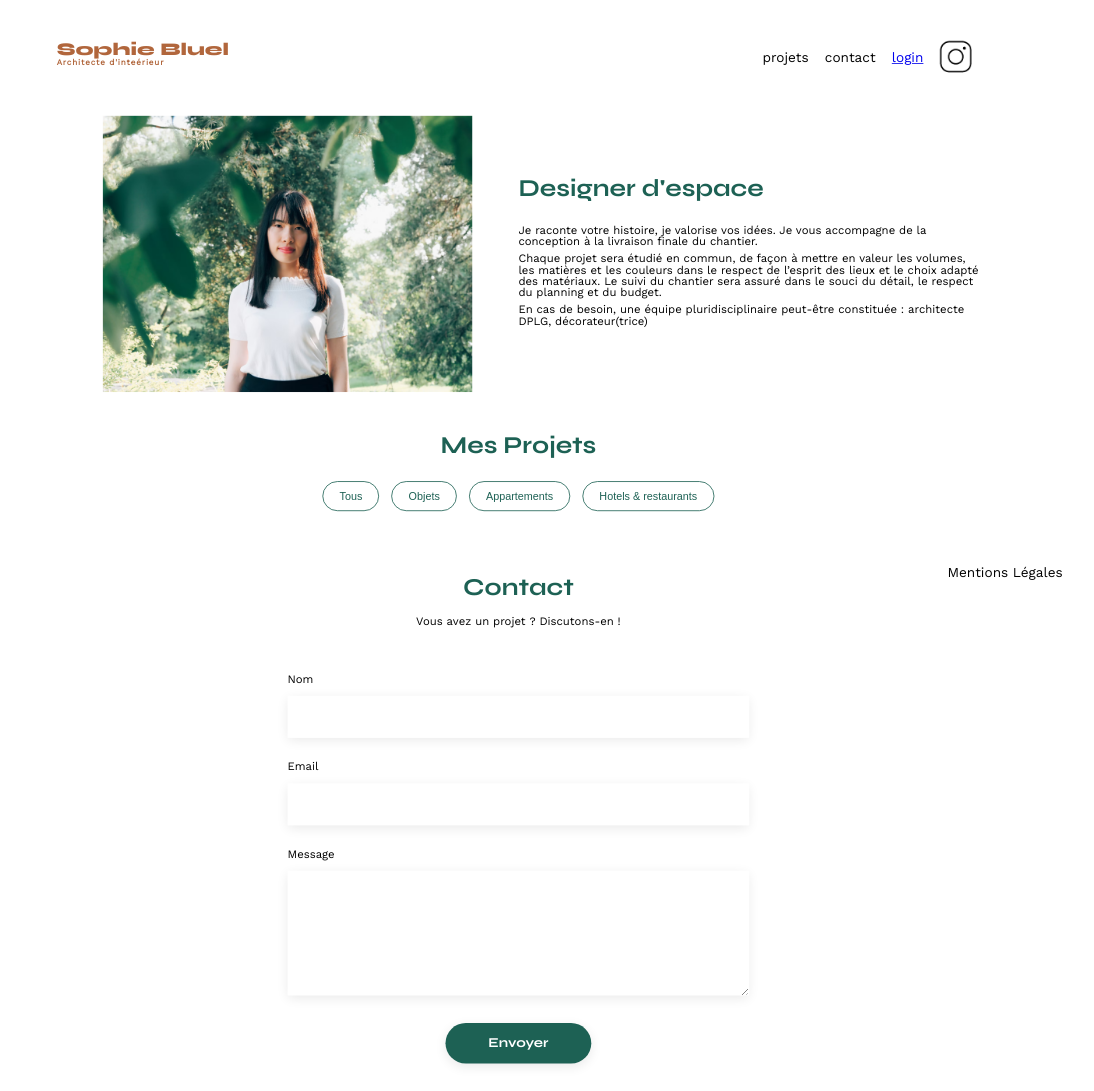
Repository: ByteVoyageur/OC-P6
Page: FrontEnd/index.html
The author's editor kept a copy of each file at every save. The page is drawn from the files as they stood at one save, then again after the next save.
The browser window is 1280 px wide. The page is 1350 px wide, so the pictures cover 1350 px, including what lies to the right of the window. The pictures show the whole page, at 81% of full size.
The page's requests for data from a server got no answer.

Above is the page before, as saved 2023-10-18 12:27:02.
Console error: TypeError: Cannot read properties of null (reading 'addEventListener')

### FrontEnd/index.html
<!DOCTYPE html>
<html lang="fr">

<head>
	<meta charset="UTF-8">
	<title>Sophie Bluel - Architecte d'intérieur</title>
	<meta name="viewport" content="width=device-width, initial-scale=1.0">
	<link rel="preconnect" href="https://fonts.googleapis.com">
	<link rel="preconnect" href="https://fonts.gstatic.com" crossorigin>
	<link href="https://fonts.googleapis.com/css2?family=Syne:wght@700;800&family=Work+Sans&display=swap"
		rel="stylesheet">
	<meta name="description" content="">
	<link rel="stylesheet" href="./assets/style.css">
	<script src="./assets/js/gallery.js" defer></script>
	<script src="./assets/js/login.js" defer></script>
</head>

<body>
	<header>
		<h1>Sophie Bluel <span>Architecte d'inteérieur</span></h1>
		<nav>
			<ul>
				<li>projets</li>
				<li>contact</li>
				<li><a href="./assets/pages/login.html">login</a></li>

				<li><img src="./assets/icons/instagram.png" alt="Instagram"></li>
			</ul>
		</nav>
	</header>
	<main>
		<section id="introduction">
			<figure>
				<img src="./assets/images/sophie-bluel.png" alt="">
			</figure>
			<article>
				<h2>Designer d'espace</h2>
				<p>Je raconte votre histoire, je valorise vos idées. Je vous accompagne de la conception à la livraison
					finale du chantier.</p>
				<p>Chaque projet sera étudié en commun, de façon à mettre en valeur les volumes, les matières et les
					couleurs dans le respect de l’esprit des lieux et le choix adapté des matériaux. Le suivi du
					chantier sera assuré dans le souci du détail, le respect du planning et du budget.</p>
				<p>En cas de besoin, une équipe pluridisciplinaire peut-être constituée : architecte DPLG,
					décorateur(trice)</p>
			</article>
		</section>
		<section id="portfolio">
			<h2>Mes Projets</h2>
			<div id="category-buttons">
				<button data-category="tous">Tous</button>
				<button data-category="Objets">Objets</button>
				<button data-category="Appartements">Appartements</button>
				<button data-category="Hotels & restaurants">Hotels & restaurants</button>
			</div>
			<div class="gallery">

			</div>
		</section>
		<section id="contact">
			<h2>Contact</h2>
			<p>Vous avez un projet ? Discutons-en !</p>
			<form action="#" method="post">
				<label for="name">Nom</label>
				<input type="text" name="name" id="name">
				<label for="email">Email</label>
				<input type="email" name="email" id="email">
				<label for="message">Message</label>
				<textarea name="message" id="message" cols="30" rows="10"></textarea>
				<input type="submit" value="Envoyer">
			</form>
		</section>
	</main>

	<footer>
		<nav>
			<ul>
				<li>Mentions Légales</li>
			</ul>
		</nav>
	</footer>
</body>

</html>

### FrontEnd/assets/style.css
/* http://meyerweb.com/eric/tools/css/reset/
   v2.0 | 20110126
   License: none (public domain)
*/

html,
body,
div,
span,
applet,
object,
iframe,
h1,
h2,
h3,
h4,
h5,
h6,
p,
blockquote,
pre,
a,
abbr,
acronym,
address,
big,
cite,
code,
del,
dfn,
em,
img,
ins,
kbd,
q,
s,
samp,
small,
strike,
strong,
sub,
sup,
tt,
var,
b,
u,
i,
center,
dl,
dt,
dd,
ol,
ul,
li,
fieldset,
form,
label,
legend,
table,
caption,
tbody,
tfoot,
thead,
tr,
th,
td,
article,
aside,
canvas,
details,
embed,
figure,
figcaption,
footer,
header,
hgroup,
menu,
nav,
output,
ruby,
section,
summary,
time,
mark,
audio,
video {
  margin: 0;
  padding: 0;
  border: 0;
  font-size: 100%;
  font: inherit;
  vertical-align: baseline;
}
/* HTML5 display-role reset for older browsers */
article,
aside,
details,
figcaption,
figure,
footer,
header,
hgroup,
menu,
nav,
section {
  display: block;
}
body {
  line-height: 1;
}
ol,
ul {
  list-style: none;
}
blockquote,
q {
  quotes: none;
}
blockquote:before,
blockquote:after,
q:before,
q:after {
  content: '';
  content: none;
}
table {
  border-collapse: collapse;
  border-spacing: 0;
}
/** end reset css**/
body {
  max-width: 1140px;
  margin: auto;
  font-family: 'Work Sans';
  font-size: 14px;
}
header {
  display: flex;
  justify-content: space-between;
  margin: 50px 0;
}
section {
  margin: 50px 0;
}

h1 {
  display: flex;
  flex-direction: column;
  font-family: 'Syne';
  font-size: 22px;
  font-weight: 800;
  color: #b1663c;
}

h1 > span {
  font-family: 'Work Sans';
  font-size: 10px;
  letter-spacing: 0.1em;
}

h2 {
  font-family: 'Syne';
  font-weight: 700;
  font-size: 30px;
  color: #1d6154;
}
nav ul {
  display: flex;
  align-items: center;
  list-style-type: none;
}
nav li {
  padding: 0 10px;
  font-size: 1.2em;
}

li:hover {
  color: #b1663c;
}
#introduction {
  display: flex;
  align-items: center;
}
#introduction figure {
  flex: 1;
}
#introduction img {
  display: block;
  margin: auto;
  width: 80%;
}

#introduction article {
  flex: 1;
}
#introduction h2 {
  margin-bottom: 1em;
}

#introduction p {
  margin-bottom: 0.5em;
}
#portfolio h2 {
  text-align: center;
  margin-bottom: 1em;
}

#category-buttons {
  display: flex;
  justify-content: center;
  margin-bottom: 2em;
  gap: 15px;
}

#category-buttons button {
  padding: 10px 20px;
  border: 1px solid #1d6154;
  border-radius: 20px;
  background-color: transparent;
  cursor: pointer;
  transition: background-color 0.3s ease;
  color: #1d6154;
}

#category-buttons button:hover {
  background-color: #1d6154;
  color: white;
}

#category-buttons button.active {
  background-color: #1d6154;
  color: white;
}

.gallery {
  width: 100%;
  display: grid;
  grid-template-columns: 1fr 1fr 1fr;
  grid-column-gap: 20px;
  grid-row-gap: 20px;
}

.gallery img {
  width: 100%;
}

#contact {
  width: 50%;
  margin: auto;
}

#contact > * {
  text-align: center;
}

#contact h2 {
  margin-bottom: 20px;
}

#contact form {
  text-align: left;
  margin-top: 30px;
  display: flex;
  flex-direction: column;
}

#contact input,
#contact textarea {
  border: none;
  box-shadow: 0px 4px 14px rgba(0, 0, 0, 0.09);
}

#contact input {
  height: 50px;
  font-size: 1.2em;
}

#contact label {
  margin: 2em 0 1em 0;
}

input[type='submit'] {
  font-family: 'Syne';
  font-weight: 700;
  color: white;
  background-color: #1d6154;
  margin: 2em auto;
  width: 180px;
  text-align: center;
  border-radius: 60px;
}

footer nav ul {
  display: flex;
  justify-content: flex-end;
  margin: 2em;
}

/* Basic styles for the login section */
#login-section {
  position: relative;
  width: 100%;
  padding: 20px;
}

#login-section .login-content {
  display: flex;
  flex-direction: column;
  align-items: center;
  background-color: #ffffff;
  border-radius: 8px;
}

#login-page-form {
  width: 100%;
  display: flex;
  flex-direction: column;
  align-items: center;
  justify-content: center;
  margin-top: 30px;
}

.login-field-group {
  width: 25%;
  display: flex;
  flex-direction: column;
  margin-bottom: 15px;
  gap: 5px;
}

/* Input fields and button styles */
#login-page-form input {
  padding: 10px;
  border: 1px solid #ccc;
  border-radius: 4px;
}

#login-page-form button {
  padding: 10px 60px;
  background-color: #1d6154;
  color: #ffffff;
  border: none;
  border-radius: 60px;
  cursor: pointer;
  margin-bottom: 30px;
}

.wrapper {
  position: relative;
  min-height: calc(100vh - 50px);
  margin-bottom: -50px;
}

.footer-push {
  height: 50px;
}

footer {
  position: absolute;
  bottom: 0;
  width: 100%;
  height: 50px;
}

### FrontEnd/assets/js/gallery.js
document.addEventListener('DOMContentLoaded', function () {
  const apiEndpoint = 'http://localhost:5678/api/works'
  let data

  fetch(apiEndpoint)
    .then((response) => response.json())
    .then((fetchedData) => {
      data = fetchedData
      displayData(data)

      const buttons = document.querySelectorAll('#category-buttons button')

      buttons.forEach((button) => {
        button.addEventListener('click', () => {
          const category = button.getAttribute('data-category')
          displayData(
            category === 'tous'
              ? data
              : data.filter((item) => item.category.name === category)
          )
        })
      })
    })
    .catch((error) => {
      console.error('Error fetching data:', error)
    })

  function displayData(filteredData) {
    const galleryDiv = document.querySelector('.gallery')
    galleryDiv.innerHTML = ''
    filteredData.forEach((item) => {
      let figure = document.createElement('figure')

      let img = document.createElement('img')
      img.src = item.imageUrl
      img.alt = item.title

      let figcaption = document.createElement('figcaption')
      figcaption.textContent = item.title

      figure.appendChild(img)
      figure.appendChild(figcaption)

      galleryDiv.appendChild(figure)
    })
  }
})

### FrontEnd/assets/js/login.js
document.addEventListener('DOMContentLoaded', function () {
  const forgotPasswordLink = document.getElementById('forgot-password-link')
  forgotPasswordLink.addEventListener('click', function () {
    alert(
      "Veuillez contacter l'administrateur pour réinitialiser votre mot de passe."
    )
  })

  const loginForm = document.getElementById('login-page-form')
  loginForm.addEventListener('submit', function (event) {
    event.preventDefault()

    const userEmail = document.getElementById('user-email').value
    const userPassword = document.getElementById('user-password').value

    if (userEmail === '' || userPassword === '') {
      alert('Veuillez remplir tous les champs.')
      return
    }

    alert('Login effectué avec succès!')
  })
})

After the next save:
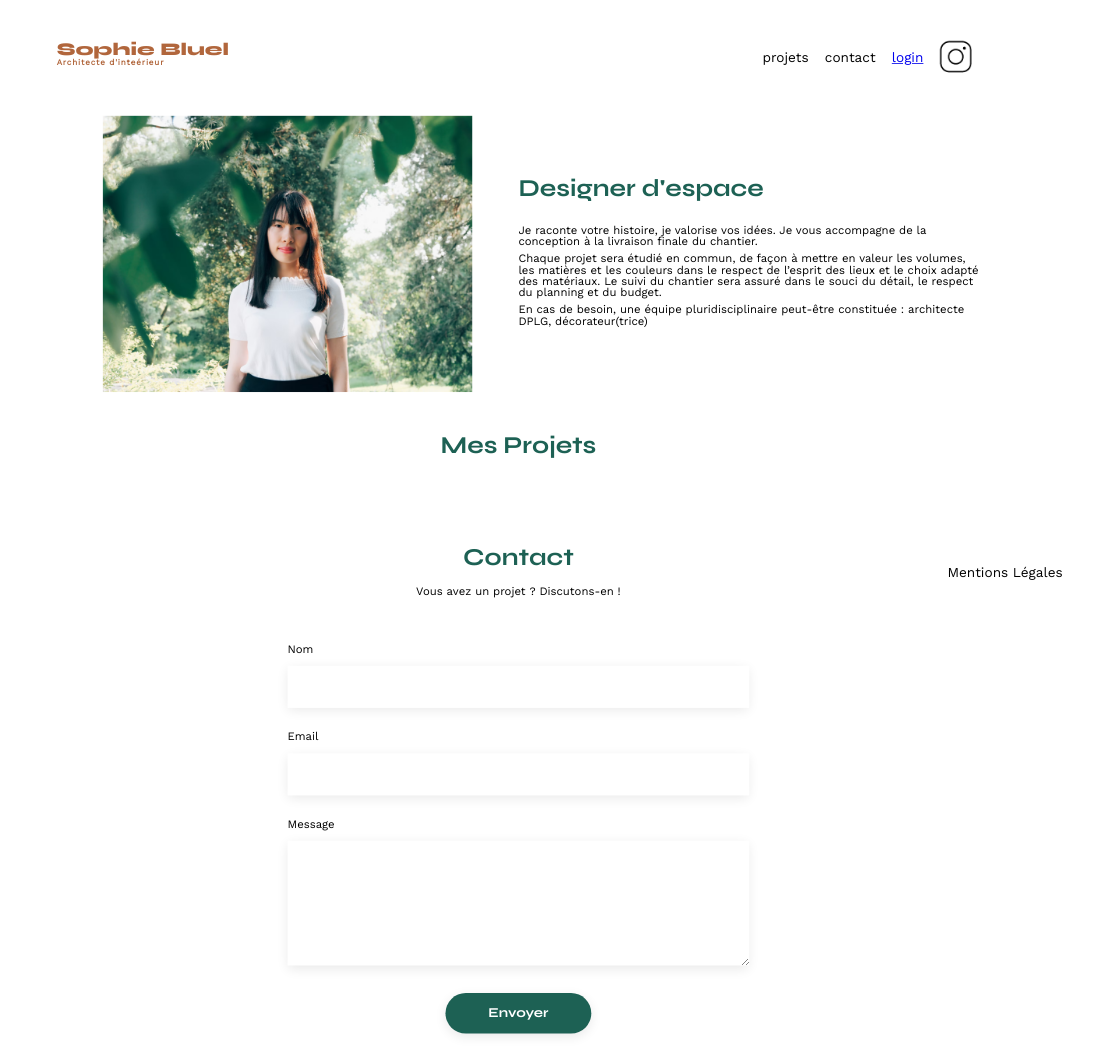
Saved 2 h 19 min later.
--- a/FrontEnd/index.html
+++ b/FrontEnd/index.html
@@ -47,10 +47,6 @@
 		<section id="portfolio">
 			<h2>Mes Projets</h2>
 			<div id="category-buttons">
-				<button data-category="tous">Tous</button>
-				<button data-category="Objets">Objets</button>
-				<button data-category="Appartements">Appartements</button>
-				<button data-category="Hotels & restaurants">Hotels & restaurants</button>
 			</div>
 			<div class="gallery">
 
